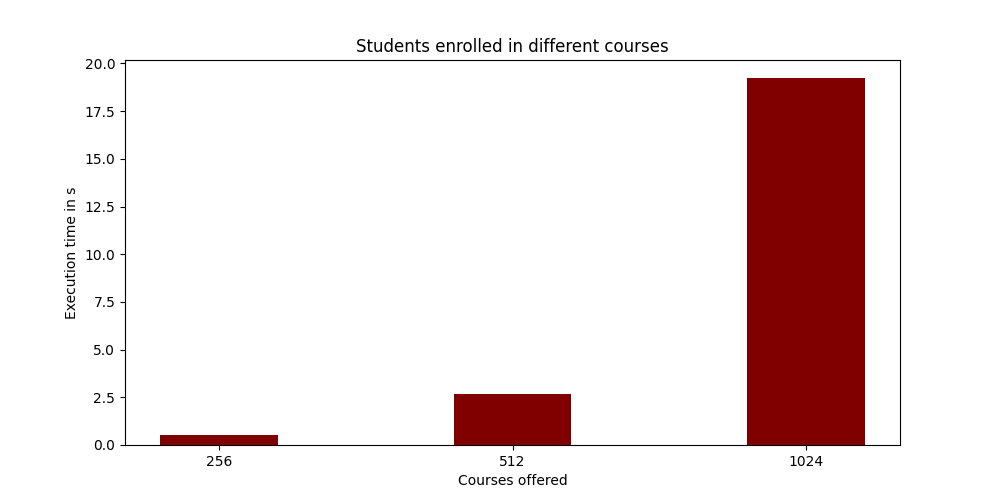
Repository: vishalsinghhh/DNA-cryptography-Project
Script's output: python DNA/Graphs.py
These files come from the project's save history. The script's output is drawn as it stood at one moment and after a run of saves; the edit follows.
Random numbers start from a fixed seed.

Above is the script's output before, as saved 2023-04-11 03:38:08.

After the next 4 saves:
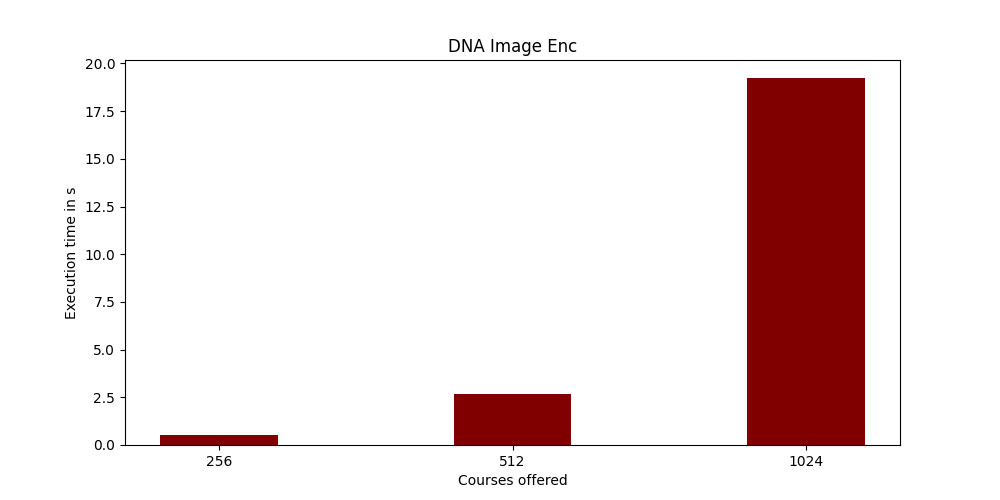
The 4 saves are shown as one change because they came seconds apart.
The last was saved 18 s later.
--- a/DNA/Graphs.py
+++ b/DNA/Graphs.py
@@ -15,5 +15,5 @@ plt.bar(courses, values, color ='maroon',
 
 plt.xlabel("Courses offered")
 plt.ylabel("Execution time in s")
-plt.title("Students enrolled in different courses")
+plt.title("DNA Image Enc")
 plt.show()
